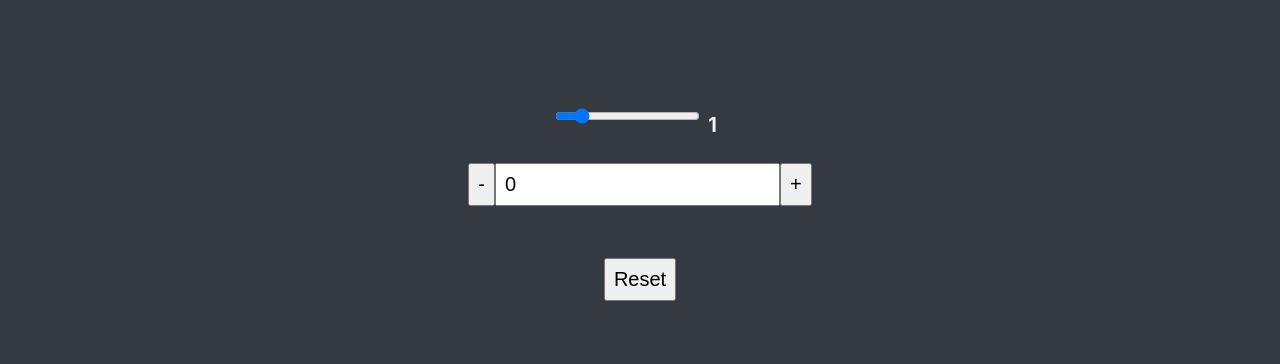
Repository: Zedestar/react-quiz-app
Page: /
These files come from the project's save history. The page is drawn as it stood at one moment and after the next save; the edit follows.
The browser window is 1280 px wide. The pictures show the whole page.
The project was rebuilt for these pictures with package versions that can differ from the ones it lists, and the page was loaded fresh each time.

Above is the page before, as saved 2025-07-16 14:28:19.

After the next save:
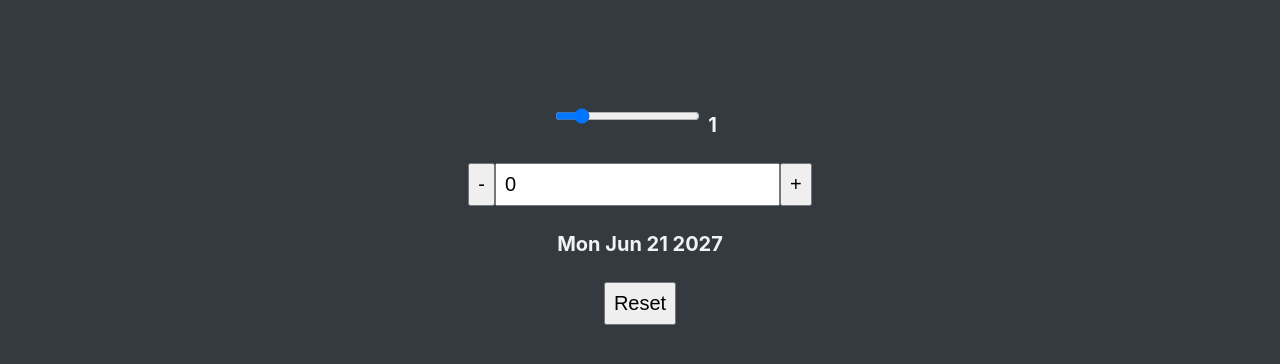
Saved 9 s later.
--- a/src/DateCounter.js
+++ b/src/DateCounter.js
@@ -67,7 +67,7 @@
         <button onClick={() => dispach(increment())}>+</button>
       </div>
 
-      <p>{dateValue.to}</p>
+      <p>{dateValue.toDateString()}</p>
 
       <div>
         <button onClick={reset}>Reset</button>
